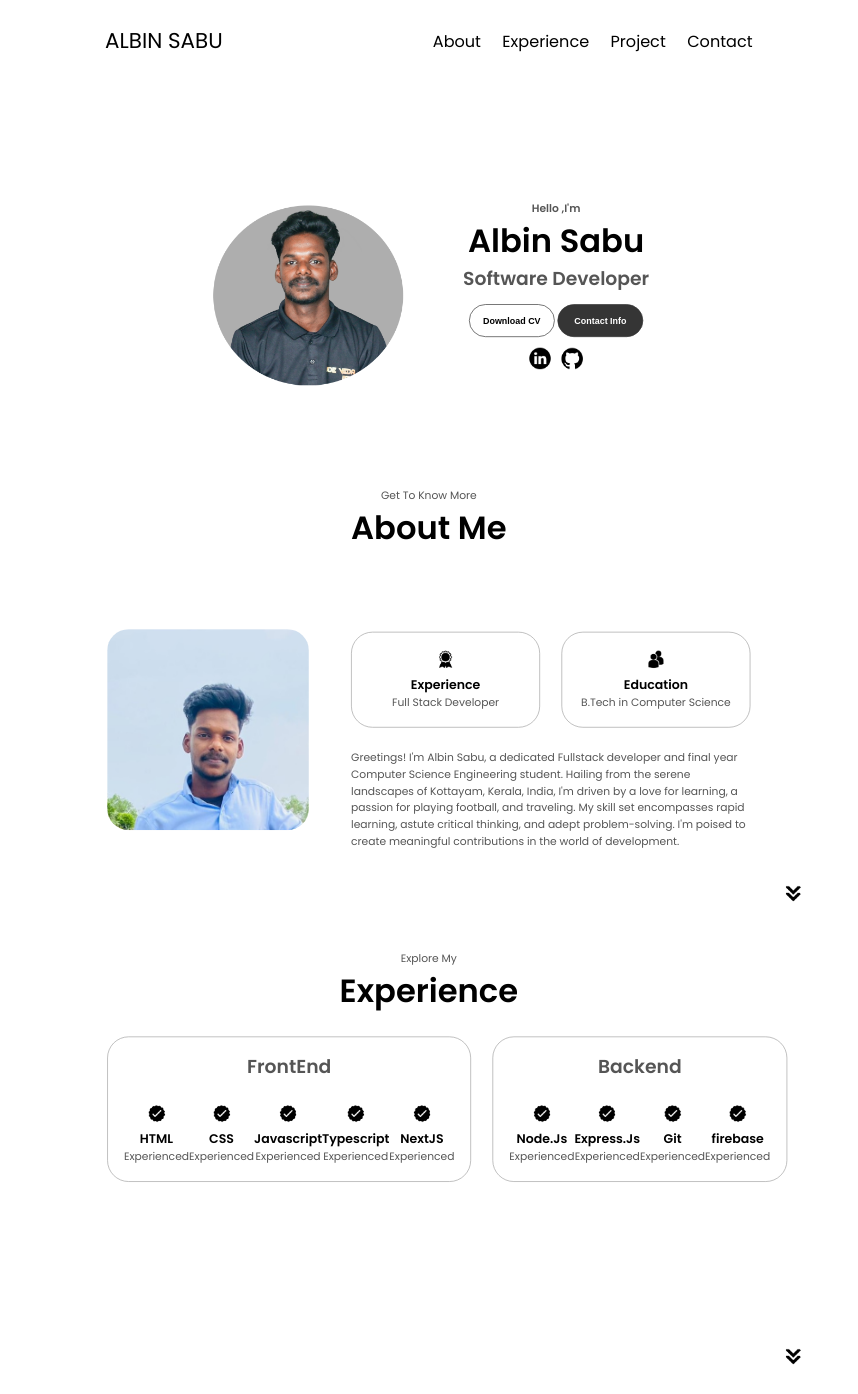
Repository: albinsabu2023/albinsabu
Page: index.html
The author's editor kept a copy of each file at every save. The page is drawn from the files as they stood at one save, then again after the next save.
The browser window is 1280 px wide. The pictures show the whole page, at 67% of full size.

Above is the page before, as saved 2023-08-30 13:03:23.

### index.html
<!DOCTYPE html>
<html lang="en">
<link>
    <meta charset="UTF-8">
    <meta name="viewport" content="width=device-width, initial-scale=1.0">
    <title>Albin Sabu</title>
    <link rel="stylesheet" href="style.css"/>
    <link rel="stylesheet" href="mediaqueries.css">
</head>
<body>
    <nav id="desktop-nav">
        <div class="logo">
            ALBIN SABU
        </div>
        <div>
            <ul class="nav-links">
                <li><a href="#about">About</a></li>
                <li><a href="#experience">Experience</a></li>
                <li><a href="#project">Project</a></li>
                <li><a href="#contact">Contact</a></li>
            </ul>
        </div>
    </nav>
    <nav id="hamburger-nav">
        <div clas="logo"> ALBIN SABU</div>
        <div class="hamburger-menu">
            <div class="hamburger-icon" onclick="toggleMenu()">
                <span></span>
                <span></span>
                <span></span>
            </div>
            <div class="menu-links">
                <li><a href="#about" onclick="toggleMenu()">About</a></li>
                <li><a href="#about" onclick="toggleMenu()">Experience</a></li>
                <li><a href="#about" onclick="toggleMenu()">Project</a></li>
                <li><a href="#about" onclick="toggleMenu()">Contact</a></li>
            </div>
        </div>
    </nav>
    <section id="profile">
        <div class="section__pic-container">
            <img src="./assets/Albin Sabu2.png" alt="profile-pic">
        </div>
        <div class="section__text">
            <p class="section__text__p1">Hello ,I'm</p>
            <h1 class="title">Albin Sabu</h1>
            <p class="section__text__p2">Software Developer</p>
            <div class="btn_container">
                <button class="btn btn-color-2" onclick="window.open('./assets/Albin sabu.pdf')">Download CV</button>
                <button class="btn btn-color-1" onclick="location.href='#contact'">Contact Info</button>
            </div>
            <div id="social-container">
                <img src="./assets/linkedin.png" alt="My Linkedin Profile" class="icon" onclick="location.href='https://www.linkedin.com/in/albin-sabu-377798230'">
                <img src="./assets/github.png" alt="My Github Profile" class="icon" onclick="location.href='https://github.com/albinsabu2023'">

            </div>
        </div>
    </section>
    <section id="about">
        <p class="section__text__p1">Get To Know More</p>
        <h1 class="title">About Me</h1>
        <div class="section-container">
            <div class="section__pic-container">
                <img src="./assets/ull.png" alt="profilepicture" class="about-pic">
            </div>
            <div class="about-details-container">
                <div class="about-container">
                    <div class="details-container">
                        <img src="./assets/experience.png" alt="experience icon" class="icon">
                        <h3>Experience</h3>
                        <p>Full Stack Developer</p>
                    </div>
                    <div class="details-container">
                        <img src="./assets/education.png" alt="experience icon" class="icon">
                        <h3>Education</h3>
                        <p>B.Tech in Computer Science</p>
                    </div>
                </div>
                <div class="text-container">
                    <p>Greetings! I'm Albin Sabu, a dedicated Fullstack developer and final year Computer Science Engineering student. Hailing
                    from the serene landscapes of Kottayam, Kerala, India, I'm driven by a love for learning, a passion for playing
                    football, and traveling. My skill set encompasses rapid learning, astute critical thinking, and adept
                    problem-solving.  I'm poised to create meaningful
                    contributions in the world of development.
                    </p>
                </div>
            </div>
        </div>
        <!-- onclick="locaiton.href='./#experience'" -->
       <img src="./assets/arrow.png" alt="arrow" class="icon arrow" >
    </section>
    <section id="experience">
        <p class="section__text__p1">Explore My</p>
        <h1 class="title">Experience</h1>
        <div class="experience-details-container">
            <div class="about-container">
                <div class="details-container">
                    <h2 class="experience-sub-title">FrontEnd</h2>
                    <div class="article-container">
                        <article>
                            <img src="./assets/checkmark.png" alt="experience-icon" class="icon">
                            <div>
                                <h3>HTML</h3>
                                <p>Experienced</p>
                            </div>
                        </article>
                        <article>
                            <img src="./assets/checkmark.png" alt="experience-icon" class="icon">
                            <div>
                                <h3>CSS</h3>
                                <p>Experienced</p>
                            </div>
                        </article>
                        <article>
                            <img src="./assets/checkmark.png" alt="experience-icon" class="icon">
                            <div>
                                <h3>Javascript</h3>
                                <p>Experienced</p>
                            </div>
                        </article>
                        <article>
                            <img src="./assets/checkmark.png" alt="experience-icon" class="icon">
                            <div>
                                <h3>Typescript</h3>
                                <p>Experienced</p>
                            </div>
                        </article>
                        <article>
                            <img src="./assets/checkmark.png" alt="experience-icon" class="icon">
                            <div>
                                <h3>NextJS</h3>
                                <p>Experienced</p>
                            </div>
                        </article>

                    </div>
                </div>
                <div class="details-container">
                    <h2 class="experience-sub-title">Backend</h2>
                    <div class="article-container">
                        <article>
                            <img src="./assets/checkmark.png" alt="experience-icon" class="icon">
                            <div>
                                <h3>Node.Js</h3>
                                <p>Experienced</p>
                            </div>
                        </article>

                        <article>
                            <img src="./assets/checkmark.png" alt="experience-icon" class="icon">
                            <div>
                                <h3>Express.Js</h3>
                                <p>Experienced</p>
                            </div>
                        </article>
                        <article>
                            <img src="./assets/checkmark.png" alt="experience-icon" class="icon">
                            <div>
                                <h3>Git</h3>
                                <p>Experienced</p>
                            </div>
                        </article>
                        <article>
                            <img src="./assets/checkmark.png" alt="experience-icon" class="icon">
                            <div>
                                <h3>firebase</h3>
                                <p>Experienced</p>
                            </div>
                        </article>

                    </div>
                </div>
            </div>
        </div>
        <img src="./assets/arrow.png" alt="arrow" class="icon arrow">
    </section>
    <script src="script.js"></script>
</body>
</html>

### style.css
@import url('https://fonts.googleapis.com/css2?family=Poppins:ital,wght@0,300;0,400;0,500;0,600;1,200;1,300;1,500;1,600&display=swap');

* {
    margin: 0;
    padding: 0;
}

body {
    font-family: 'Poppins', sans-serif;
}

html {
    scroll-behavior: smooth;
}

p {
    color: rgb(85, 85, 85);
}

a,
.btn {
    transition: all 300ms ease
}

/* Desktop navigation */
nav,
.nav-links {
    display: flex;

}

nav {
    justify-content: space-around;
    align-items: center;
    height: 17vh;

}

.nav-links {
    gap: 2rem;
    list-style: none;
    font-size: 1.5rem;
}
a{
    color:black;
    text-decoration: none;
    text-decoration-color: white;
}

a:hover{
    color:gray;
    text-decoration:underline;
    text-underline-offset:1rem ;
    text-decoration-color:rgb(181,181,181);
}

.logo{
    font-size:2rem;
}

#hamburger-nav{
    display:none;
}
.hamburger-menu{
    position: relative;
    display:inline-block;
}
.hamburger-icon{
    display: flex;
    flex-direction: column;
    justify-content: space-between;
    height: 24px;
    width: 30px;
    cursor: pointer;
}

.hamburger-icon span{
    width:100%;
    height: 2px;
    background-color: black;
    transition: all 0.3 ease-in-out;
}

.menu-links{
    position:absolute;
    top:100%;
    right:0%;

    width: fit-content;
    max-height: 0;
    overflow: hidden;
    transition: all 0.3 ease-in-out;
}

.menu-links{
    display: block;
    padding: 10px;
    text-align: center;
    font-size: 1.5rem;
    color: black;
    text-decoration: none;
    transform: all 0.3 ease-in-out;
}

.menu-links li{
    list-style: none;

}

.menu-links.open{
    max-height: 300px;
}

.hamburger-icon.open span:first-child{
    transform:rotate(45deg) translate(10px,5px);
}
.hamburger-icon.open span:nth-child(2){
   opacity:0;
}
.hamburger-icon.open span:last-child{
    transform:rotate(-45deg) translate(10px,-5px);
}

.hamburger-icon span:first-child{
    transform: none;
}
.hamburger-icon span:first-child{
    opacity:1;
}
.hamburger-icon span:first-child{
    transform: none;
}

section{
    padding-top:4vh ;
    height: 96vh;
    margin: 0 10rem;
    box-sizing: border-box;
    min-height: fit-content;
}

.section-container{
    display: flex;
}

#profile{
    display: flex;
    justify-content: center;
    gap: 5rem;
    height:  80vh;
}

.section__pic-container{
    display: flex;
    height: 400px;
    width: 400px;
    margin: auto 0;
}

.section__text{

    align-self:center;
    text-align: center;
}

.section__text p{
    font-weight: 600;
}
.section__text__p1{
    text-align: center;

}
.section__text__p2 {

    font-size: 1.75rem;
    margin-bottom: 1rem;
}

.title{
    font-size:3rem;
    text-align: center;
}
#social-container{
    display: flex;
    justify-content: center;
    margin-top: 1rem;
    gap: 1rem;
}

/* icon */
.icon{
    cursor: pointer;
    height: 2rem;
}

.btn-container{
    display: flex;
    justify-content:center;
    gap: 1rem;
}
.btn{
    font-weight: 600;
    transition: all 300ms ease;
    padding: 1rem;
    width: 8rem;
    border-radius: 2rem;

}

.btn-color-1,.btn-color-2{
    border:rgb(53,53,53) 0.1rem solid;
}
.btn-color-1:hover,
.btn-color-2:hover {
   cursor:pointer
}
.btn-color-1,
.btn-color-2:hover {
   background: rgb(53,53,53);
   color: white;
}

.btn-color-1:hover{
    background-color: rgb(0,0,0);

}
.btn-color-2{
    background:none
    ;
}
.btn-color-2:hover{
    border:rgb(255,255,255) 0.1rem solid;
}

/* About section */

#about{
    position: relative;
}
.about-container{
    gap:2rem;
    margin-bottom:2rem ;
    margin-top: 2rem;
}
.about-details-container{
    justify-content: center;
    flex-direction: column;
}

.about-container,.about-details-container{
    display: flex;
}

.about-pic{
    border-radius: 2rem;

}
.arrow{
    position:absolute;
    right:-5rem;
    bottom:2.5rem;
}

.details-container{
    padding:1.5rem ;
    flex: 1;
    background: white;
    border-radius: 2rem;
    border: rgb(53,53,53) 0.1rem solid;
    border-color: rgb(163,163,163);
    text-align: center;

}

.section-container{
    gap: 4rem;
    height: 80%;
}

.section__pic-container{
    height: 300px;
    width:300px ;
    margin:auto 0;
}

/* experience */

#experience{
    position:relative;
}

.experience-sub-title{
    color:rgb(85,85,85);
    font-weight: 600;
    font-size: 1.75rem;
    margin-bottom:2rem;
}

.experience-details-container{
    display: flex;
    justify-content: center;
    flex-direction: column;
}
.article-container{
    display: flex;
}

### mediaqueries.css
@media screen and (max-width:1200px){
    #desktop-nav{
        display: none;
    }
    #hamburger-nav{
        display: flex;
    }
}

Loaded but not shown: script.js (common file)

After the next save:
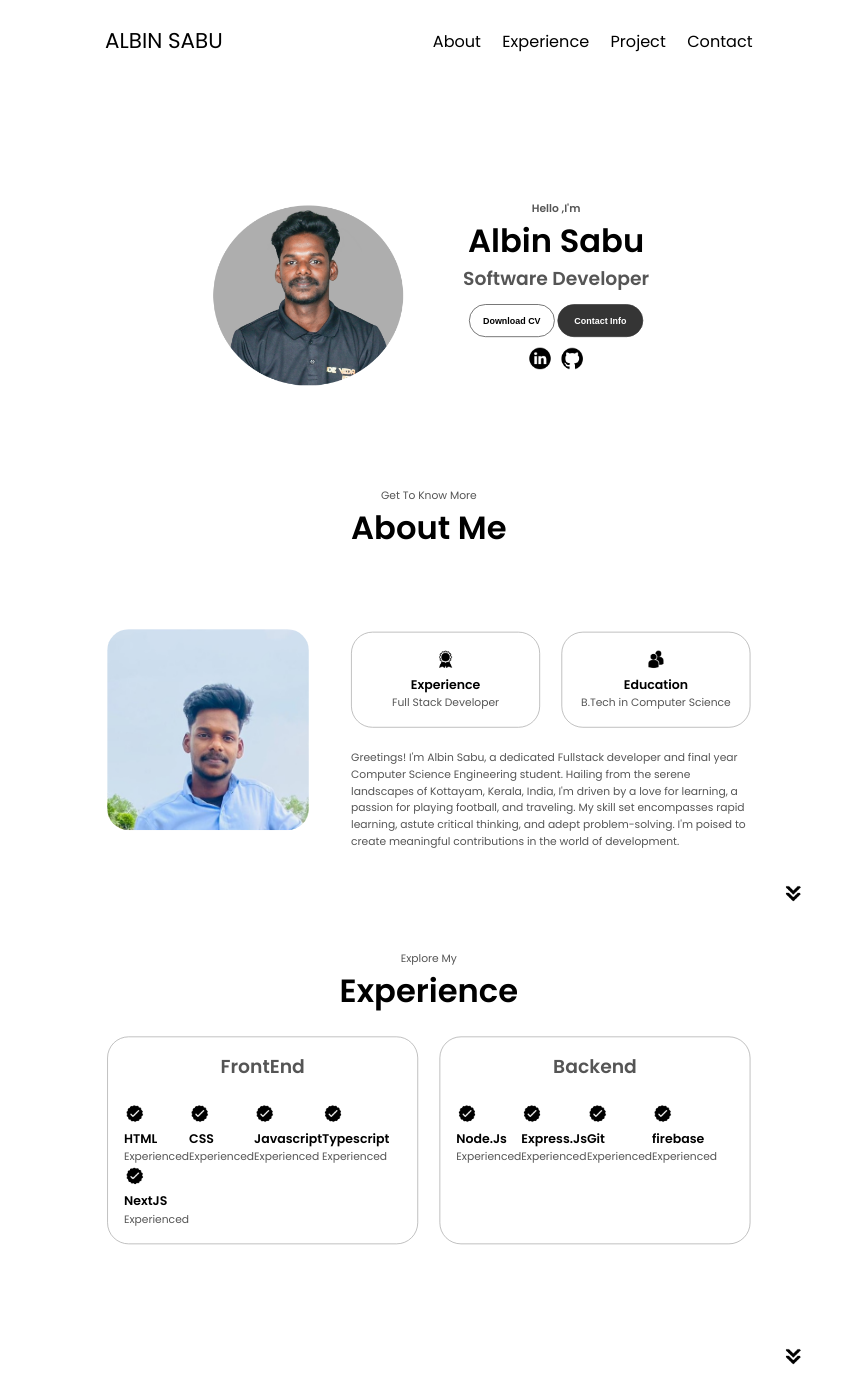
Saved 35 s later.
--- a/style.css
+++ b/style.css
@@ -303,4 +303,6 @@ section{
 }
 .article-container{
     display: flex;
-}
+    text-align: initial;
+    flex-wrap: wrap;
+}
